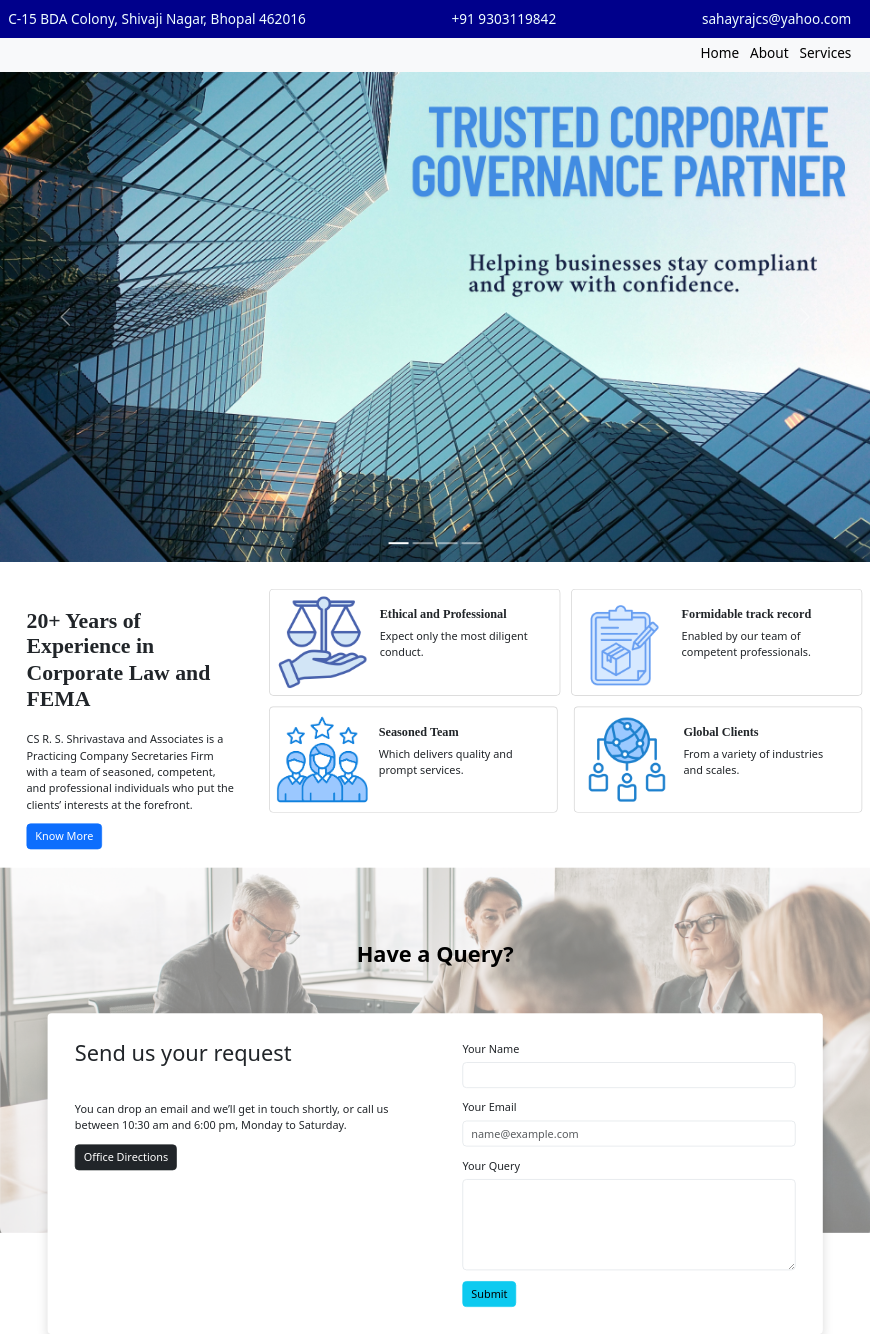
Repository: aayushiss/CS-RSS
Page: index.html
The author's editor kept a copy of each file at every save. The page is drawn from the files as they stood at one save, then again after the next save.
The browser window is 1280 px wide. The pictures show the whole page, at 68% of full size.

Above is the page before, as saved 2025-05-15 19:28:48.

### index.html
<!DOCTYPE html>
<html lang="en">

<head>
  <meta charset="UTF-8">
  <meta name="viewport" content="width=device-width, initial-scale=1.0">
  <title>R. S. Shrivastava</title>
  <link href="https://cdn.jsdelivr.net/npm/bootstrap@5.3.3/dist/css/bootstrap.min.css" rel="stylesheet"
    integrity="sha384-QWTKZyjpPEjISv5WaRU9OFeRpok6YctnYmDr5pNlyT2bRjXh0JMhjY6hW+ALEwIH" crossorigin="anonymous">
  <link rel="stylesheet" type="text/css" href="style.css">
</head>

<body>
  <nav class="navbar fixed-top custom-navbar">
    <div class="container-fluid d-flex justify-content-between">
      <a class="navbar-brand"
        href="https://www.google.com/maps/place/R+S+SHRIVASTAVA+%26+ASSOCIATES/@23.2288499,77.4244091,17z/data=!3m1!4b1!4m6!3m5!1s0x397c425fada83073:0xcb1e8ba90a487f4e!8m2!3d23.228845!4d77.426984!16s%2Fg%2F1td0r8v9?entry=ttu&g_ep=EgoyMDI1MDUxMi4wIKXMDSoASAFQAw%3D%3D"
        target="_blank">C-15 BDA Colony, Shivaji Nagar, Bhopal 462016</a>
      <a class="navbar-brand" href="" tel:+919303119842"">+91 9303119842</a>
      <a class="navbar-brand" href="mailto:sahayrajcs@yahoo.com">sahayrajcs@yahoo.com</a>
    </div>
  </nav>
  <div class="navbar-space"></div>

  <nav class="navbar sticky-top second-navbar bg-light">
    <div class="container-fluid d-flex justify-content-end">
      <a class="navbar-brand" href="#">Home</a>
      <a class="navbar-brand" href="about.html">About</a>
      <a class="navbar-brand" href="#">Services</a>
    </div>
  </nav>

  <!-- <div class="card text-bg-dark custom-card">
        <img src="images/haveAQuery.avif" class="card-img" alt="...">
        <div class="card-img-overlay">
          <h5 class="card-title">Have a Query?</h5>
          <p class="card-text">This is a wider card with supporting text below as a natural lead-in to additional content. This content is a little bit longer.</p>
          <p class="card-text"><small>Last updated 3 mins ago</small></p>
        </div>
      </div> -->

  <div id="carouselExampleCaptions" class="carousel slide">
    <div class="carousel-indicators">
      <button type="button" data-bs-target="#carouselExampleCaptions" data-bs-slide-to="0" class="active"
        aria-current="true" aria-label="Slide 1"></button>
      <button type="button" data-bs-target="#carouselExampleCaptions" data-bs-slide-to="1"
        aria-label="Slide 2"></button>
      <button type="button" data-bs-target="#carouselExampleCaptions" data-bs-slide-to="2"
        aria-label="Slide 3"></button>
      <button type="button" data-bs-target="#carouselExampleCaptions" data-bs-slide-to="3"
        aria-label="Slide 4"></button>
    </div>
    <div class="carousel-inner">
      <div class="carousel-item active">
        <img src="images/Trusted corporate governance partner.png" class="d-block w-100" alt="...">
        <div class="carousel-caption d-none d-md-block">
          <!-- <h5>First slide label</h5>
              <p>Some representative placeholder content for the first slide.</p> -->
        </div>
      </div>
      <div class="carousel-item">
        <img src="images/LegalConsultancy.png" class="d-block w-100" alt="...">
      </div>
      <div class="carousel-item">
        <img src="images/companyIncorporation.png" class="d-block w-100" alt="...">
      </div>
      <div class="carousel-item">
        <img src="images/annualFilingReturn.png" class="d-block w-100" alt="...">
      </div>
    </div>
    <button class="carousel-control-prev" type="button" data-bs-target="#carouselExampleCaptions" data-bs-slide="prev">
      <span class="carousel-control-prev-icon" aria-hidden="true"></span>
      <span class="visually-hidden">Previous</span>
    </button>
    <button class="carousel-control-next" type="button" data-bs-target="#carouselExampleCaptions" data-bs-slide="next">
      <span class="carousel-control-next-icon" aria-hidden="true"></span>
      <span class="visually-hidden">Next</span>
    </button>
  </div>
  <div class="container-fluid" style="margin-top: 40px;">

    <div class="row">
      <div class="col-auto" style="width: 30vw;">
        <div class="card" style="border-color: white;">
          <div class="card-body">
            <h5 class="card-title">20+ Years of
              Experience in Corporate Law and FEMA</h5>
            <p class="card-text" style="padding-top: 20px">CS R. S. Shrivastava and Associates is a Practicing Company
              Secretaries Firm with a team of seasoned, competent, and professional individuals who put the clients’
              interests at the forefront.</p>
            <a href="about.html" class="btn btn-primary">Know More</a>
          </div>
        </div>
      </div>
      <div class="col">
        <div class="row row-cols-2 g-3">
          <div class="col">
            <div class="card mb-3">
              <div class="row g-0">
                <div class="col-md-4">
                  <img src="images/8629542.png" class="img-fluid rounded-start" alt="...">
                </div>
                <div class="col-md-8">
                  <div class="card-body">
                    <h5 class="card-title">Ethical and Professional</h5>
                    <p class="card-text">Expect only the most diligent conduct.</p>
                  </div>
                </div>
              </div>
            </div>
          </div>
          <div class="col">
            <div class="card mb-3">
              <div class="row g-0">
                <div class="col-md-4">
                  <img src="images/16919209.png" class="img-fluid rounded-start" alt="...">
                </div>
                <div class="col-md-8">
                  <div class="card-body">
                    <h5 class="card-title">Formidable track record</h5>
                    <p class="card-text">Enabled by our team of competent professionals.</p>
                  </div>
                </div>
              </div>
            </div>
          </div>
        </div>
        <div class="row">
          <div class="col">
            <div class="card mb-3">
              <div class="row g-0">
                <div class="col-md-4">
                  <img src="images/images.png" class="img-fluid rounded-start" alt="...">
                </div>
                <div class="col-md-8">
                  <div class="card-body">
                    <h5 class="card-title">Seasoned Team
                    </h5>
                    <p class="card-text">Which delivers quality and prompt services.</p>
                  </div>
                </div>
              </div>
            </div>
          </div>
          <div class="col">
            <div class="card mb-3">
              <div class="row g-0">
                <div class="col-md-4">
                  <img src="images/11743537.png" class="img-fluid rounded-start" alt="...">
                </div>
                <div class="col-md-8">
                  <div class="card-body">
                    <h5 class="card-title">Global Clients
                    </h5>
                    <p class="card-text">From a variety of industries and scales.</p>
                  </div>
                </div>
              </div>
            </div>
          </div>
        </div>
      </div>
    </div>
  </div>

  <div class="position-relative">
    <img src="images/haveAQuery.jpg" class="img-fluid" alt="..." style="opacity: .5;">
    <h2 class="position-absolute start-50 translate-middle-x text-black fw-bold" style="top: 20%;">
      Have a Query?
    </h2>

    <div class="container-md position-absolute start-50 translate-middle-x" style="top: 40%;">
      <div class="row bg-white rounded shadow">
        <div class="col" style="padding: 40px;">
          <h2>Send us your request</h2>
          <p style="margin-top: 50px;">
            You can drop an email and we’ll get in touch shortly, or call us between 10:30 am and 6:00 pm, Monday to
            Saturday.
          </p>
          <div class="btn btn-dark">
            <a href="https://www.google.com/maps/place/R+S+SHRIVASTAVA+%26+ASSOCIATES/@23.2288499,77.4244091,17z/data=!3m1!4b1!4m6!3m5!1s0x397c425fada83073:0xcb1e8ba90a487f4e!8m2!3d23.228845!4d77.426984!16s%2Fg%2F1td0r8v9?entry=ttu&g_ep=EgoyMDI1MDUxMi4wIKXMDSoASAFQAw%3D%3D"
              style="color: white; text-decoration: none; padding-top: 20px;" target="_blank">Office Directions</a>
          </div>
        </div>
        <div class="col" style="padding: 40px;">
          <div class="mb-3">
            <label for="formControlInput1" class="form-label">Your Name</label>
            <input class="form-control" id="ƒormControlInput1">
          </div>
          <div class="mb-3">
            <label for="formControlTextarea1" class="form-label">Your Email</label>
            <input type="email" class="form-control" id="formControlInput1" placeholder="name@example.com">
          </div>
          <div class="mb-3">
            <label for="formControlTextarea2" class="form-label">Your Query</label>
            <textarea class="form-control" id="exampleFormControlTextarea1" rows="5"></textarea>
          </div>
          <div class="btn btn-info">Submit</div>

        </div>
      </div>
    </div>
  </div>
  </div>


  <script src="https://cdn.jsdelivr.net/npm/bootstrap@5.3.3/dist/js/bootstrap.bundle.min.js"
    integrity="sha384-YvpcrYf0tY3lHB60NNkmXc5s9fDVZLESaAA55NDzOxhy9GkcIdslK1eN7N6jIeHz"
    crossorigin="anonymous"></script>
</body>

</html>

### style.css
.custom-navbar {
    background-color: darkblue;
}

.custom-navbar .navbar-brand {
    color: azure;
}

.navbar-space {
    margin-top: 50px;
}

.second-navbar .navbar-brand{
    color: black;
}

.custom-card{
    height: 25vh;
}

.custom-card .card-img{
    height: 100%;
    object-fit: cover;
}

.container-fluid .card{
    padding: 10px;
}
.container-fluid .card-title{
font-family: 'Times New Roman', Times, serif;
font-weight: bold;
font-size: xx-large;
}

.container-fluid .col-md-8 .card-title{
font-family: 'Times New Roman', Times, serif;
font-size: large;
}

After the next save:
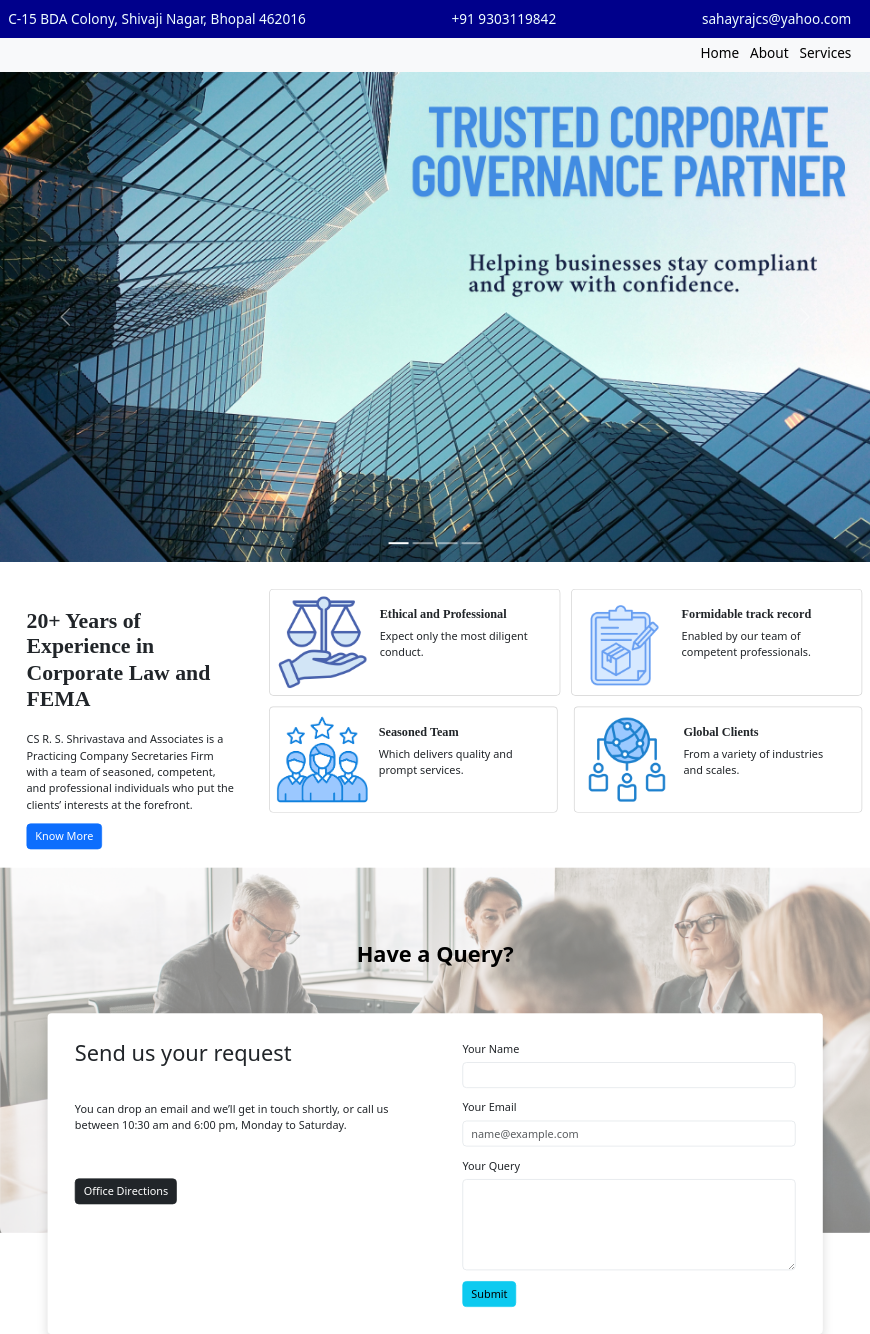
Saved 68 s later.
--- a/index.html
+++ b/index.html
@@ -177,7 +177,7 @@
             You can drop an email and we’ll get in touch shortly, or call us between 10:30 am and 6:00 pm, Monday to
             Saturday.
           </p>
-          <div class="btn btn-dark">
+          <div class="btn btn-dark" style="margin-top: 50px;">
             <a href="https://www.google.com/maps/place/R+S+SHRIVASTAVA+%26+ASSOCIATES/@23.2288499,77.4244091,17z/data=!3m1!4b1!4m6!3m5!1s0x397c425fada83073:0xcb1e8ba90a487f4e!8m2!3d23.228845!4d77.426984!16s%2Fg%2F1td0r8v9?entry=ttu&g_ep=EgoyMDI1MDUxMi4wIKXMDSoASAFQAw%3D%3D"
               style="color: white; text-decoration: none; padding-top: 20px;" target="_blank">Office Directions</a>
           </div>
